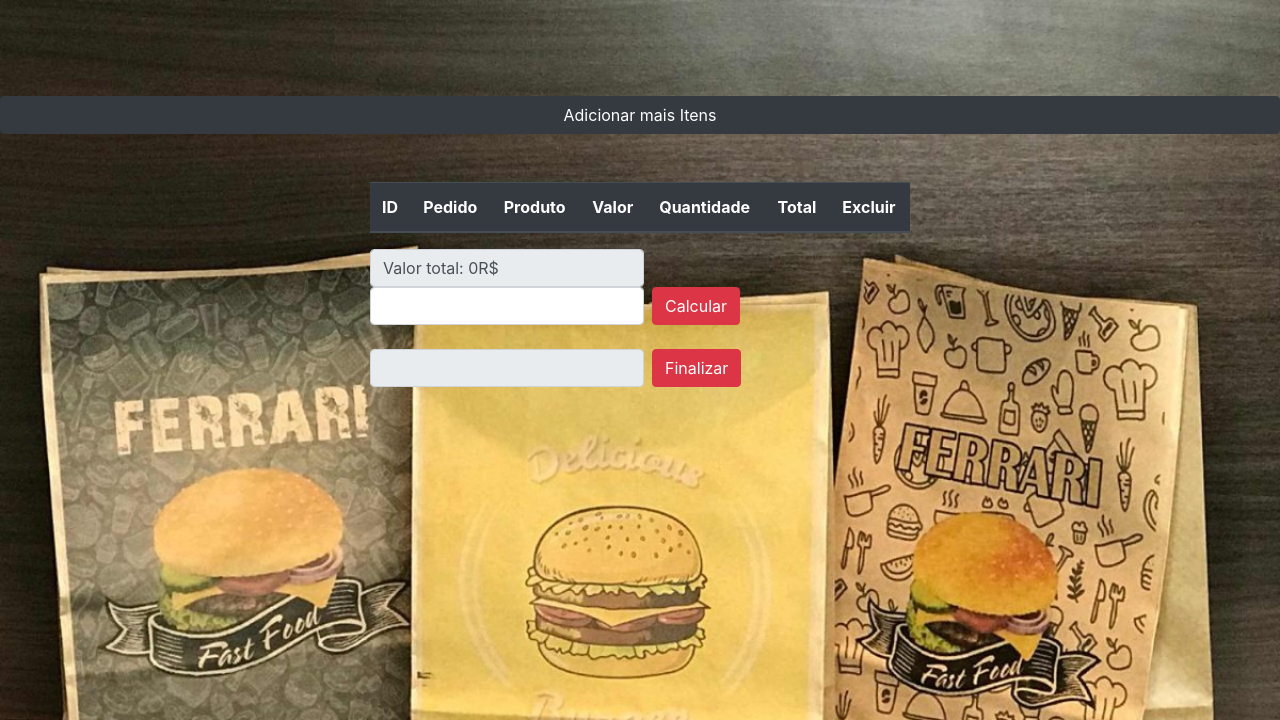
Repository: AnaMassaro/projetoRestaurante
Page: http://localhost/WEBRes/terminoPedido.jsp
These files come from the project's save history. The page is drawn as it stood at one moment and after the next save; the edit follows.
The browser window is 1280 px wide. The pictures show the whole page.
The page is served by Tomcat 9. Queries for data that is not in the repository find no rows.

Above is the page before, as saved 2019-12-17 03:58:32.
Console error: TypeError: Cannot read properties of undefined (reading 'fn')
Not found: WEBRes/WEBRes/style.css

After the next save:
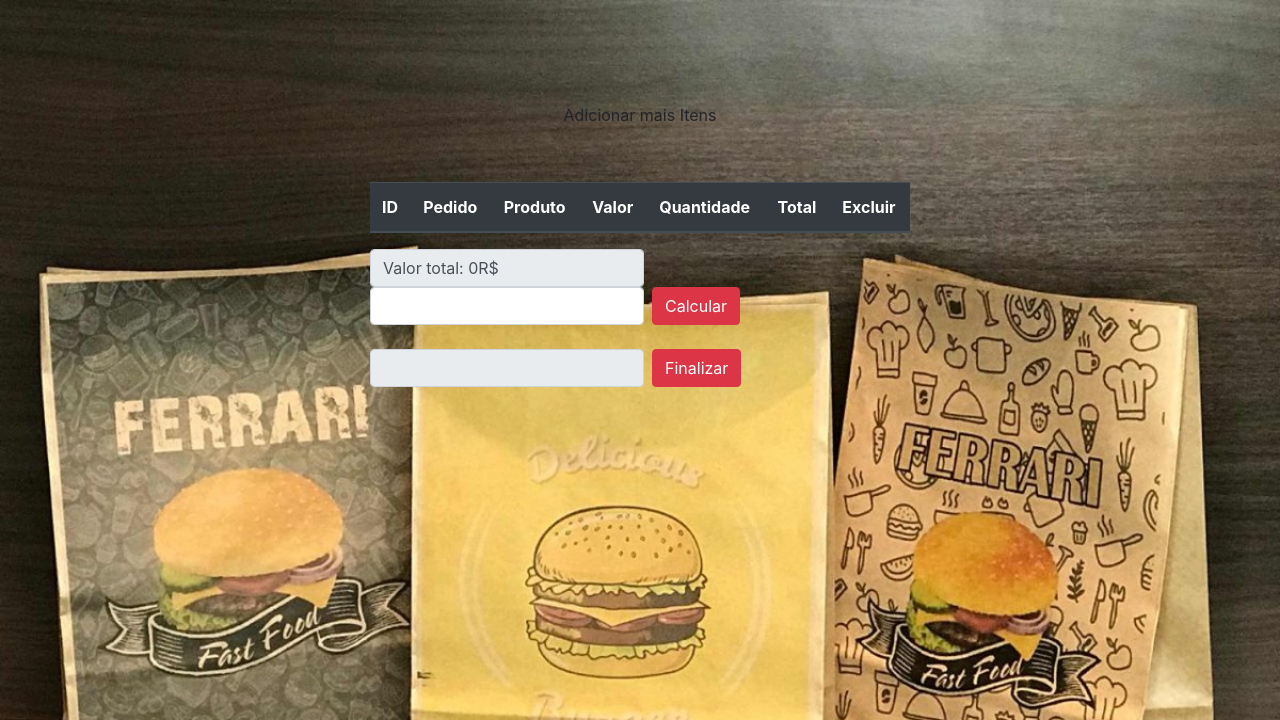
Saved 5 s later.
--- a/WEBRes/WebContent/terminoPedido.jsp
+++ b/WEBRes/WebContent/terminoPedido.jsp
@@ -40,7 +40,7 @@
 <body>
      <br><br><br><br>
      <center>
-     <a href="cardapio.jsp"><button class="btn btn-block btn-dark">Adicionar mais Itens</button></a>
+     <a href="cardapio.jsp"><button class="btn btn-btn-dark">Adicionar mais Itens</button></a>
      </center>
 
     <div class="container mt-5">
